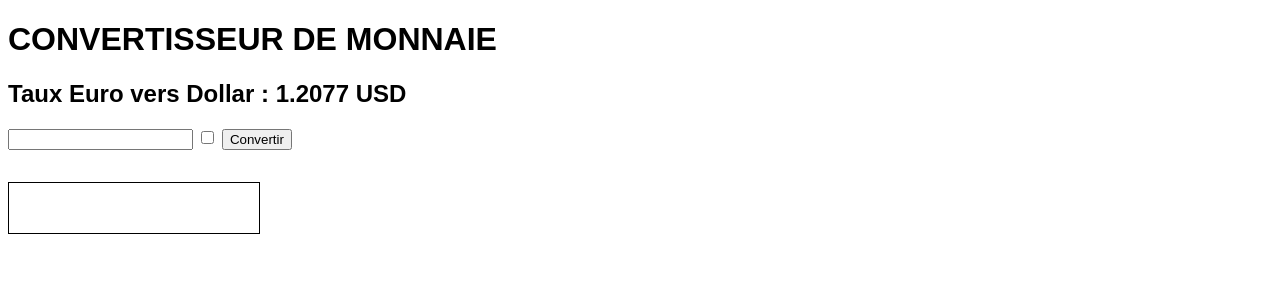
Repository: techmindconsulting/wordshiop-js
Page: index.html
An editor plug-in stored every save of this project. The page is shown before and after the next save, followed by the edit.
The browser window is 1280 px wide. The pictures show the whole page.

Above is the page before, as saved 2021-01-17 13:13:57.

After the next save:
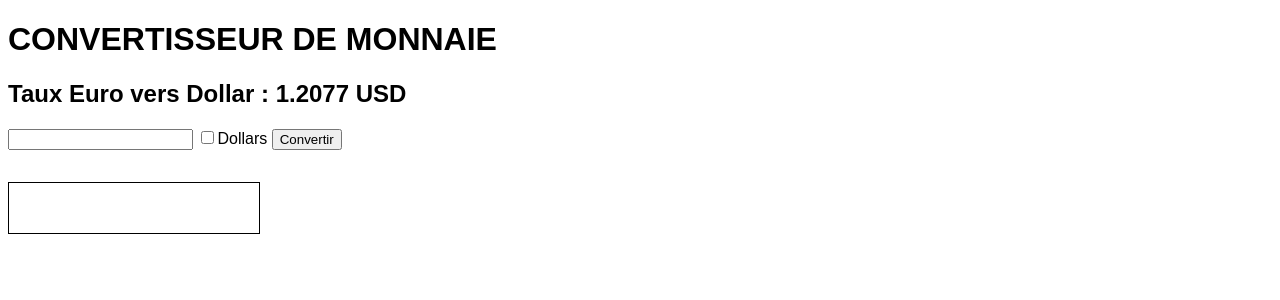
Saved 5 s later.
--- a/index.html
+++ b/index.html
@@ -21,7 +21,7 @@
     <h1>CONVERTISSEUR DE MONNAIE</h1>
     <h2>Taux Euro vers Dollar : 1.2077 USD</h2>
     <input type="text" id="amount" >
-    <input type="checkbox" id="dollar">
+    <input type="checkbox" id="dollar">Dollars
     <input type="button" value="Convertir" onClick=convertir()>
     <p id="resultat"></p>
 </body>

After the save that followed:
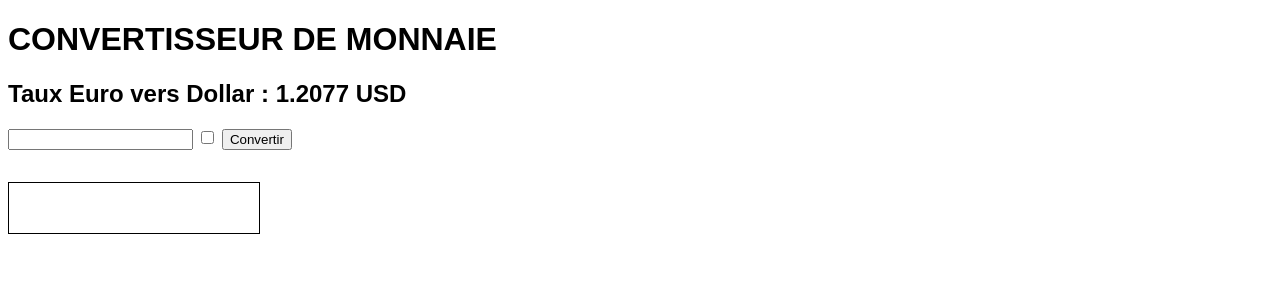
Saved 6 s later.
--- a/index.html
+++ b/index.html
@@ -21,7 +21,8 @@
     <h1>CONVERTISSEUR DE MONNAIE</h1>
     <h2>Taux Euro vers Dollar : 1.2077 USD</h2>
     <input type="text" id="amount" >
-    <input type="checkbox" id="dollar">Dollars
+
+    <input type="checkbox" id="dollar">
     <input type="button" value="Convertir" onClick=convertir()>
     <p id="resultat"></p>
 </body>
